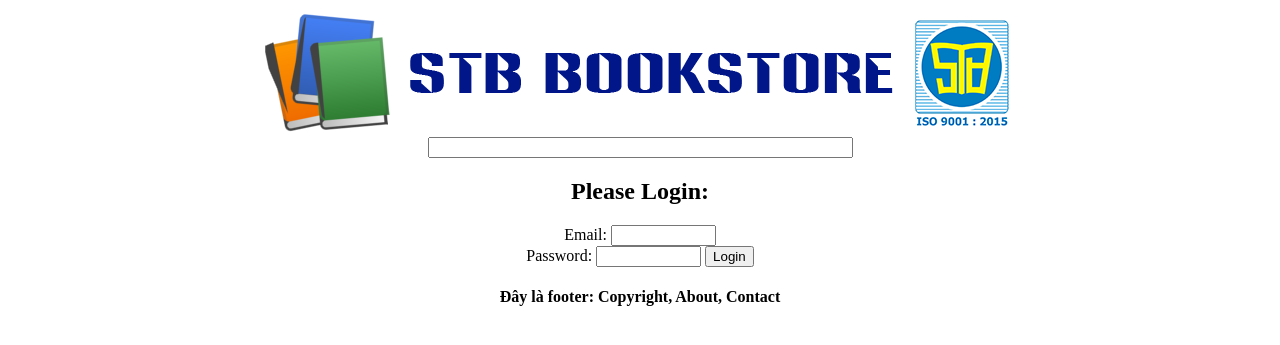
Repository: tranky1992/tranky1992.github.io
Page: http://localhost/BookStoreWebsite/frontend/login.jsp
An editor plug-in stored every save of this project. The page is shown before and after the next save, followed by the edit.
The browser window is 1280 px wide. The pictures show the whole page.
The page is served by Tomcat 9. Other server files are loaded and not shown.

Above is the page before, as saved 2020-10-01 14:46:58.

### BookStoreWebsite/WebContent/frontend/login.jsp
<%@ page language="java" contentType="text/html; charset=UTF-8" pageEncoding="UTF-8"%>
<!DOCTYPE html PUBLIC "-//W3C//DTD HTML 4.01 Transitional//EN" "http://www.w3.org/TR/html4/loose.dtd">
<html>
<head>
<meta http-equiv="Content-Type" content="text/html; charset=UTF-8">
<title>Login</title>
</head>
<body>
	<jsp:directive.include file="header.jsp" />
	<div align="center">
		<h2>Please Login: </h2>
		<form action="">
			Email: <input type="text" size ="10"><br>
			Password: <input type="password" size ="10"/>
			<input type ="submit" value="Login" />
		</form>
	</div>
	<jsp:directive.include file="footer.jsp" />
</body>
</html>

### BookStoreWebsite/WebContent/frontend/header.jsp
<%@ page language="java" contentType="text/html; charset=UTF-8" pageEncoding="UTF-8"%>
<div align="center">
		<div>
			<img src="images/BookstoreLogo.png">
		</div>
		<div>
			<input type="text" name="keyword" size="50" />
		</div>
</div>

### BookStoreWebsite/WebContent/frontend/footer.jsp
<%@ page language="java" contentType="text/html; charset=UTF-8" pageEncoding="UTF-8"%>
<div align="center">
		<h4>
			Đây là footer: Copyright, About, Contact
		</h4>
</div>

After the next save:
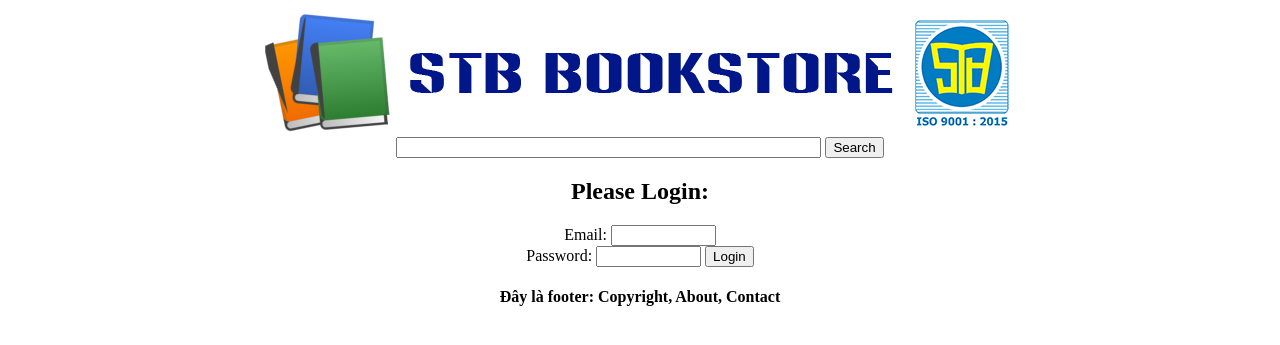
Saved 2 min 1 s later.
--- a/BookStoreWebsite/WebContent/frontend/header.jsp
+++ b/BookStoreWebsite/WebContent/frontend/header.jsp
@@ -5,5 +5,6 @@
 		</div>
 		<div>
 			<input type="text" name="keyword" size="50" />
+			<input type="button" value="Search" />
 		</div>
 </div>
